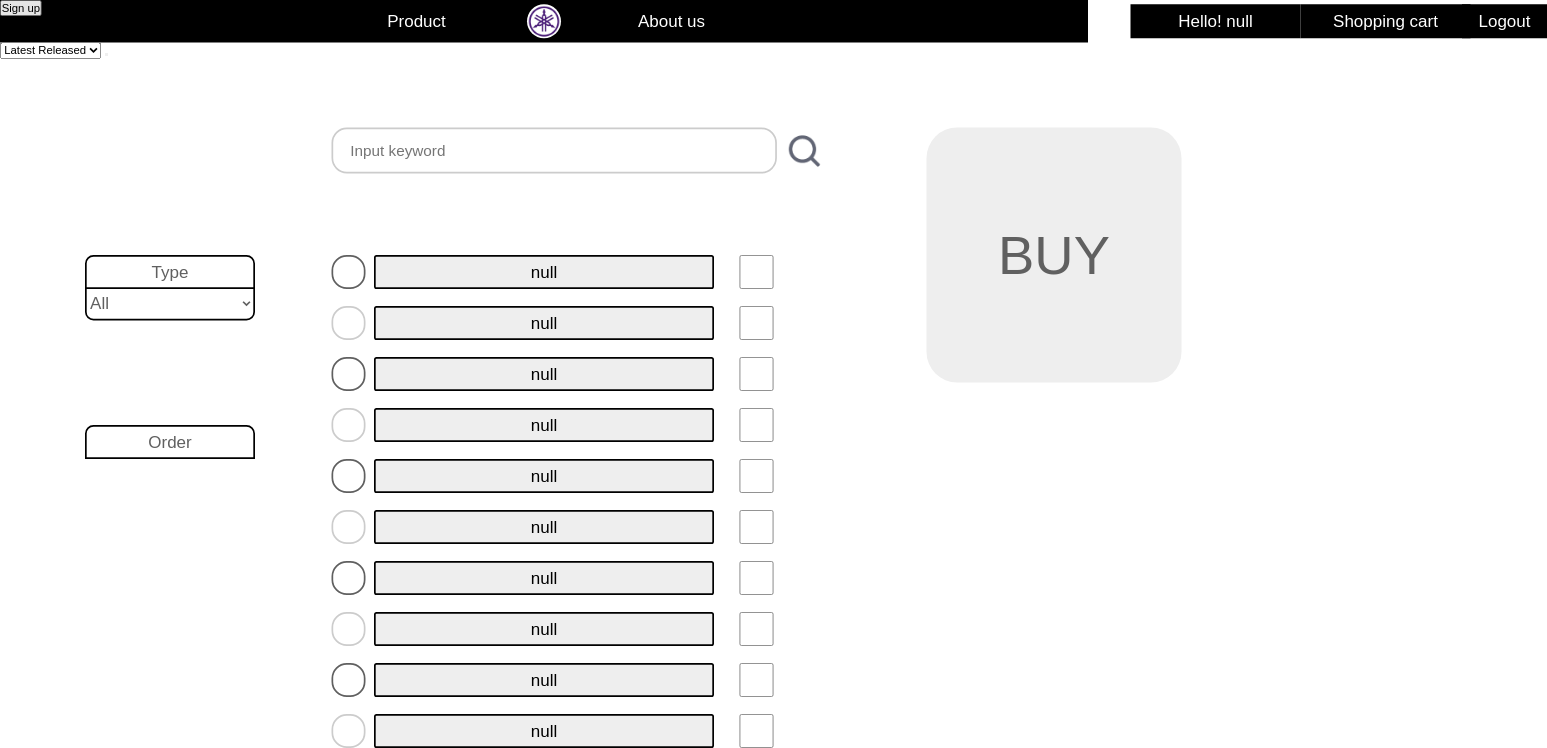
Repository: AXNTROYUANXD/E-Commerce-Website
Page: http://localhost/jspServlet/logedinproduct.jsp
The author's editor kept a copy of each file at every save. The page is drawn from the files as they stood at one save, then again after the next save.
The browser window is 1280 px wide. The page is 1820 px wide, so the pictures cover 1820 px, including what lies to the right of the window. The pictures show the whole page, at 85% of full size.
The page is served by Tomcat 9.

Above is the page before, as saved 2020-07-04 03:11:58.

After the next save:
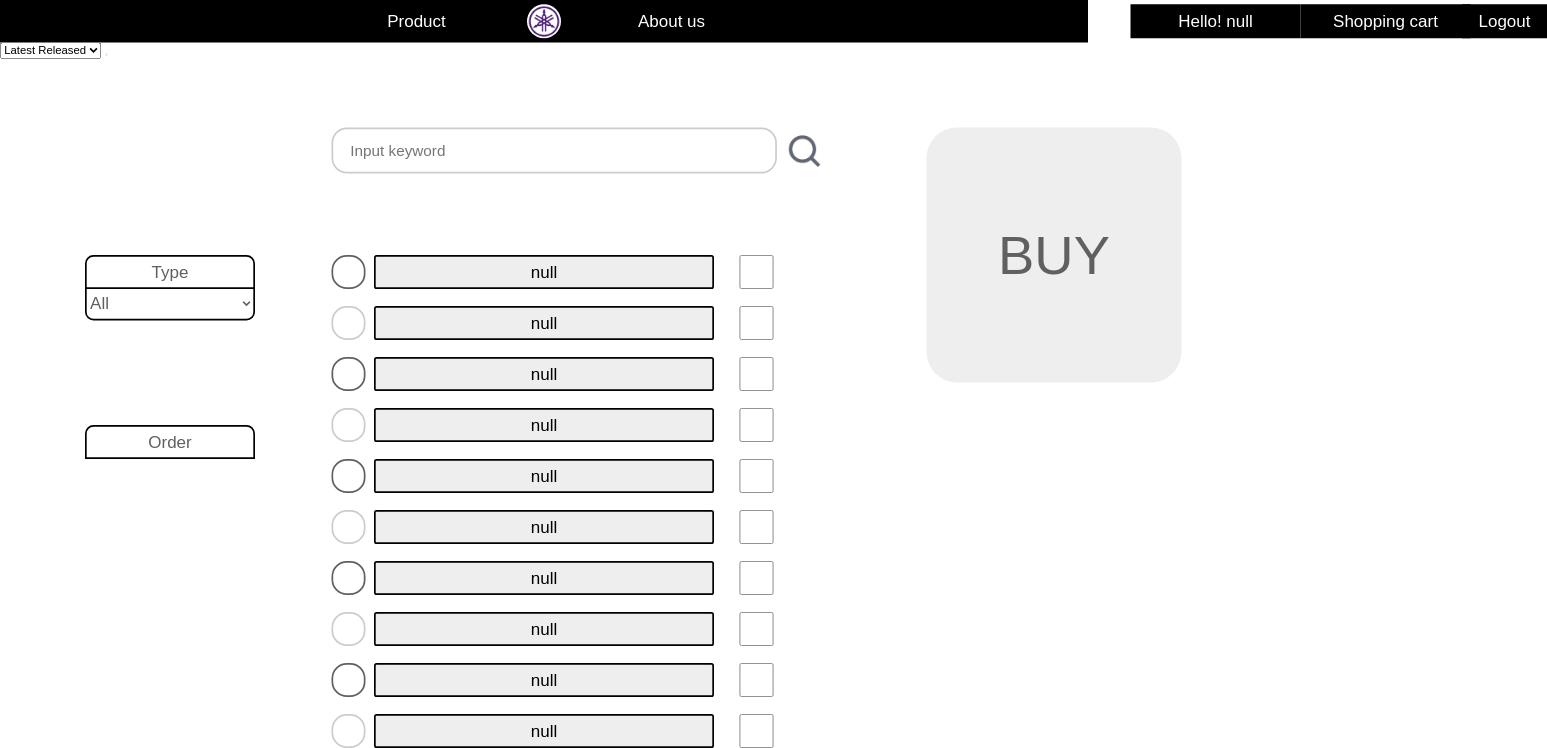
Saved 2 min 12 s later.
--- a/D&B2 BACKEND Oct 21 FINAL/BACKEND/jspServlet/WebRoot/logedinproduct.jsp
+++ b/D&B2 BACKEND Oct 21 FINAL/BACKEND/jspServlet/WebRoot/logedinproduct.jsp
@@ -595,9 +595,6 @@
     <a href="homepage.jsp">
 	<button class="button3">Logout</button>
 	</a>
-	<a href="signup.jsp">
-	<button class="button4">Sign up</button>
-	</a>
 	<a href="shoppingcart.jsp">
 	<button class="button5">Shopping cart</button>
 	</a>
